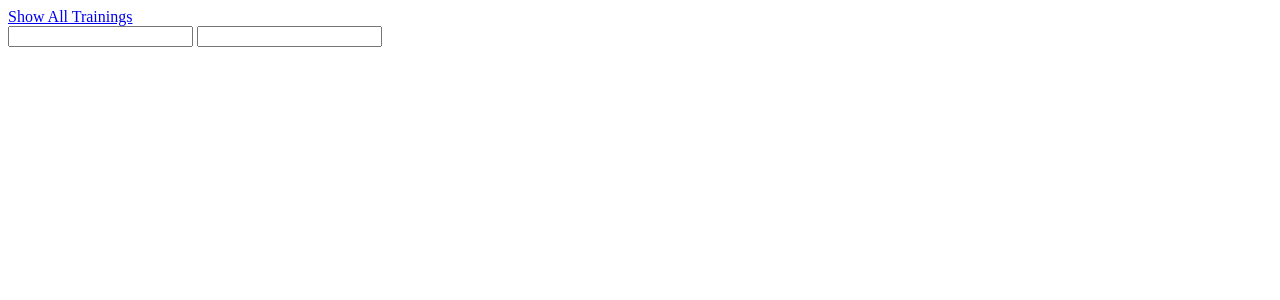
Repository: skpayaya/LabbookM2
Page: LABBOOK SERVLET/Lab3/WebContent/index.html
An editor plug-in stored every save of this project. The page is shown before and after the next save, followed by the edit.
The browser window is 1280 px wide. The pictures show the whole page.

Above is the page before, as saved 2020-04-06 09:35:15.

After the next save:
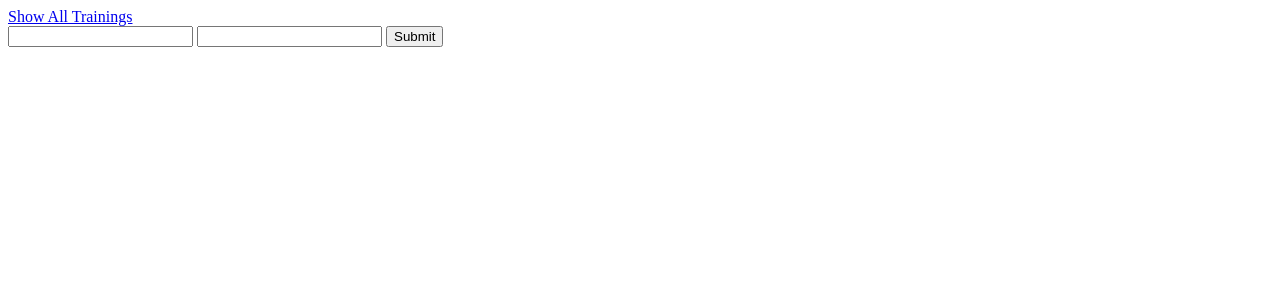
Saved 17 s later.
--- a/LABBOOK SERVLET/Lab3/WebContent/index.html
+++ b/LABBOOK SERVLET/Lab3/WebContent/index.html
@@ -9,7 +9,8 @@
 
 <form method="get" action="trainingList">
 <input type="text" name="ac">
-<input>
+<input type="text" name="asc">
+<input type="submit">
 </form>
 </body>
 </html>
